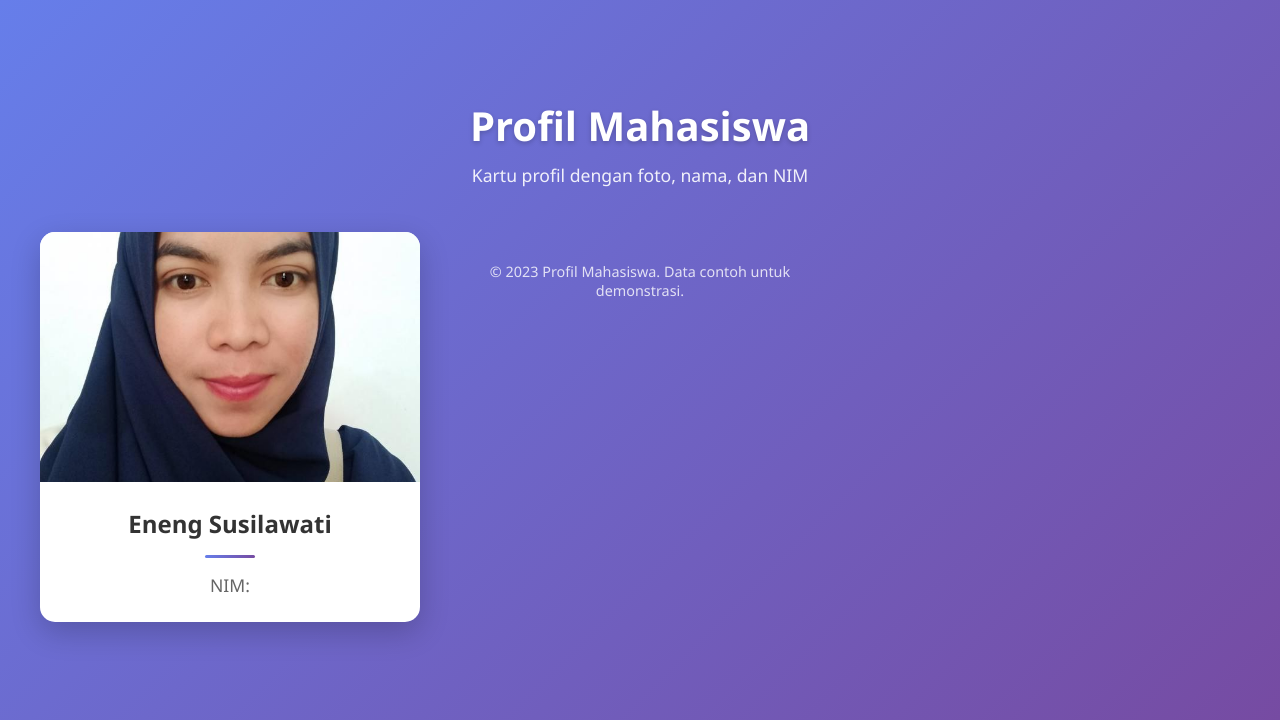
Repository: usysarfaraz/mockup-sistem-Otomatisasi-Input-Produksi-Kahatex-Eneng-Susilawati
Page: http://localhost/
An editor plug-in stored every save of this project. The page is shown before and after the next save, followed by the edit.
The browser window is 1280 px wide. The pictures show the whole page.
The page is run by PHP 8.4 with error messages shown; the project is at /var/www/html/.

Above is the page before, as saved 2025-10-15 16:37:22.

### index.php
<!DOCTYPE html>
<html lang="en">
<head>
    <meta charset="UTF-8">
    <meta http-equiv="X-UA-Compatible" content="IE=edge">
    <meta name="viewport" content="width=device-width, initial-scale=1.0">
    <title>Profil Mahasiswa</title>
    <style>
        * {
            margin: 0;
            padding: 0;
            box-sizing: border-box;
            font-family: 'Segoe UI', Tahoma, Geneva, Verdana, sans-serif;
        }

        body {
            background: linear-gradient(135deg, #667eea 0%, #764ba2 100%);
            min-height: 100vh;
            display: flex;
            justify-content: center;
            align-items: center;
            padding: 20px;
        }

        .container {
            display: flex;
            flex-direction: column;
            gap: 25px;
            max-width: 1200px;
            width: 100%;
        }

        .header {
            text-align: center;
            color: white;
            margin-bottom: 20px;
        }

        .header h1 {
            font-size: 2.5rem;
            margin-bottom: 10px;
            text-shadow: 0 2px 5px rgba(0,0,0,0.2);
        }

        .header p {
            font-size: 1.1rem;
            opacity: 0.9;
        }

        .cards-container {
            display: grid;
            grid-template-columns: repeat(auto-fill, minmax(300px, 1fr));
            gap: 30px;
        }

        .card {
            background: white;
            border-radius: 15px;
            overflow: hidden;
            box-shadow: 0 10px 30px rgba(0, 0, 0, 0.2);
            transition: transform 0.3s, box-shadow 0.3s;
        }

        .card:hover {
            transform: translateY(-10px);
            box-shadow: 0 15px 35px rgba(0, 0, 0, 0.3);
        }

        .photo-container {
            width: 100%;
            height: 250px;
            overflow: hidden;
            position: relative;
        }

        .photo {
            width: 100%;
            height: 100%;
            object-fit: cover;
            transition: transform 0.5s;
        }

        .card:hover .photo {
            transform: scale(1.05);
        }

        .info-container {
            padding: 25px;
            text-align: center;
        }

        .name {
            font-size: 1.5rem;
            font-weight: 700;
            color: #333;
            margin-bottom: 10px;
        }

        .nim {
            font-size: 1.1rem;
            color: #666;
            font-weight: 500;
        }

        .divider {
            height: 3px;
            width: 50px;
            background: linear-gradient(to right, #667eea, #764ba2);
            margin: 15px auto;
            border-radius: 3px;
        }

        .footer {
            text-align: center;
            color: white;
            margin-top: 30px;
            opacity: 0.8;
            font-size: 0.9rem;
        }

        @media (max-width: 768px) {
            .cards-container {
                grid-template-columns: 1fr;
            }

            .header h1 {
                font-size: 2rem;
            }
        }
    </style>
</head>
<body>
    <div class="container">
        <div class="header">
            <h1>Profil Mahasiswa</h1>
            <p>Kartu profil dengan foto, nama, dan NIM</p>
        </div>

        <div class="cards-container">
            <div class="card">
                <div class="photo-container">
                    <img src="img/photo_2025-10-15_16-24-52.jpg" alt="Foto Saya" class="photo">
                </div>
                <div class="info-container">
                    <div class="name">Eneng Susilawati</div>
                    <div class="divider"></div>
                    <div class="nim">NIM:</div>
                </div>
            </div>

        <div class="footer">
            <p>&copy; 2023 Profil Mahasiswa. Data contoh untuk demonstrasi.</p>
        </div>
    </div>
</body>
</html>

After the next save:
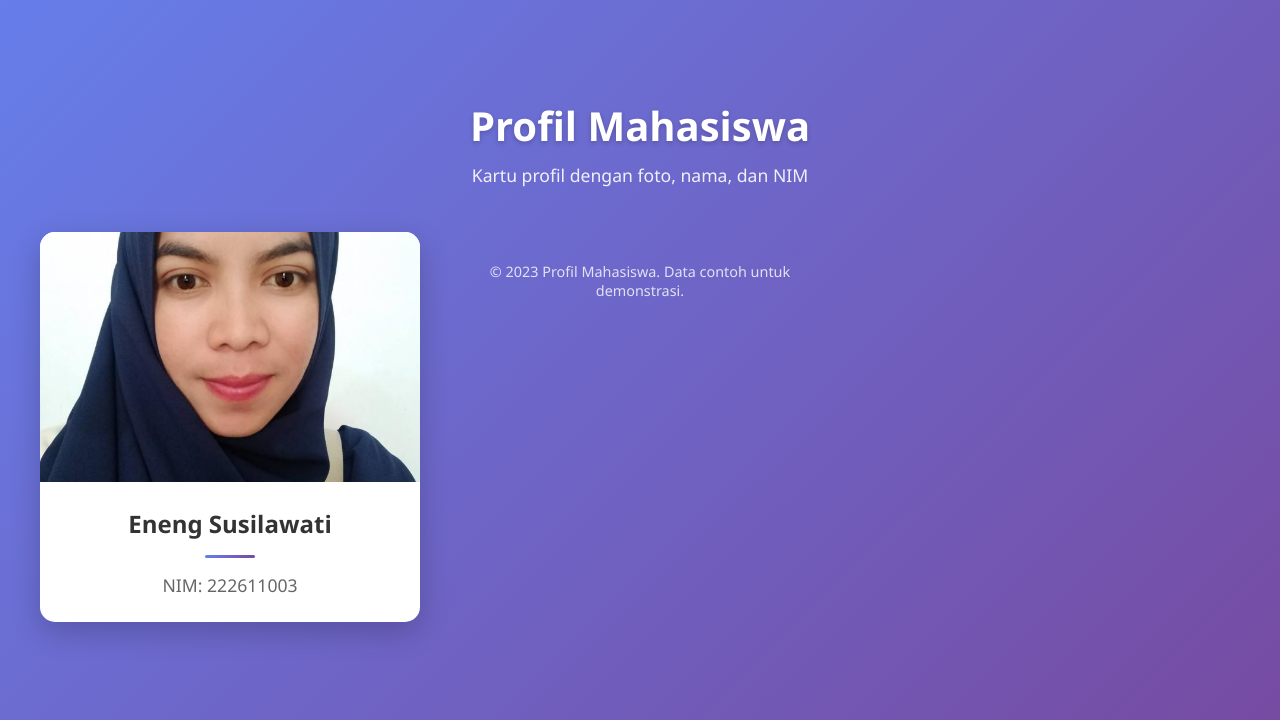
Saved 5 s later.
--- a/index.php
+++ b/index.php
@@ -144,7 +144,7 @@
                 <div class="info-container">
                     <div class="name">Eneng Susilawati</div>
                     <div class="divider"></div>
-                    <div class="nim">NIM:</div>
+                    <div class="nim">NIM: 222611003</div>
                 </div>
             </div>
 
